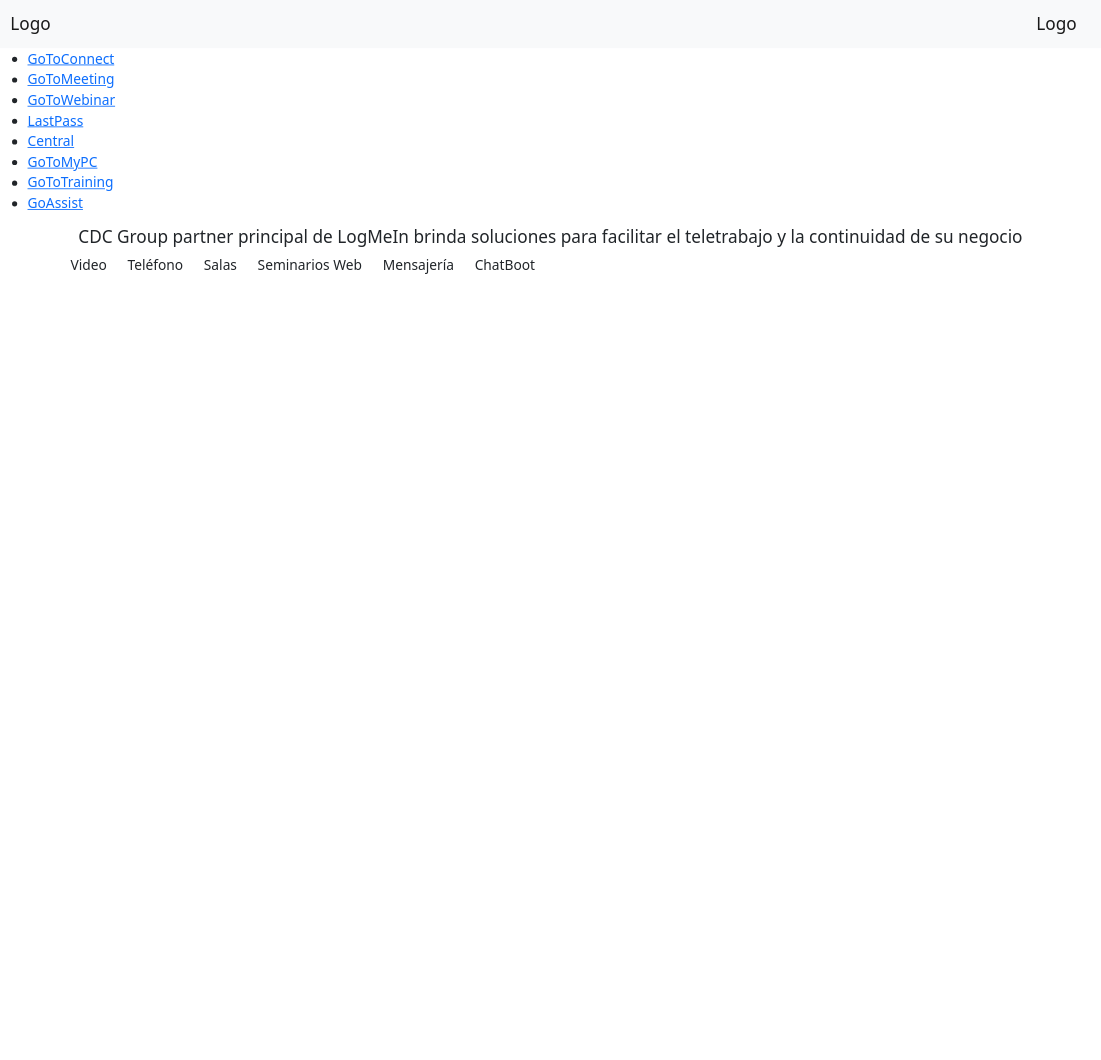
Repository: onehitwondermx/cdclogmein
Page: index.html
The author's editor kept a copy of each file at every save. The page is drawn from the files as they stood at one save, then again after the next save.
The browser window is 1280 px wide. The pictures show the whole page, at 86% of full size.

Above is the page before, as saved 2021-06-03 20:23:44.

After the next save:
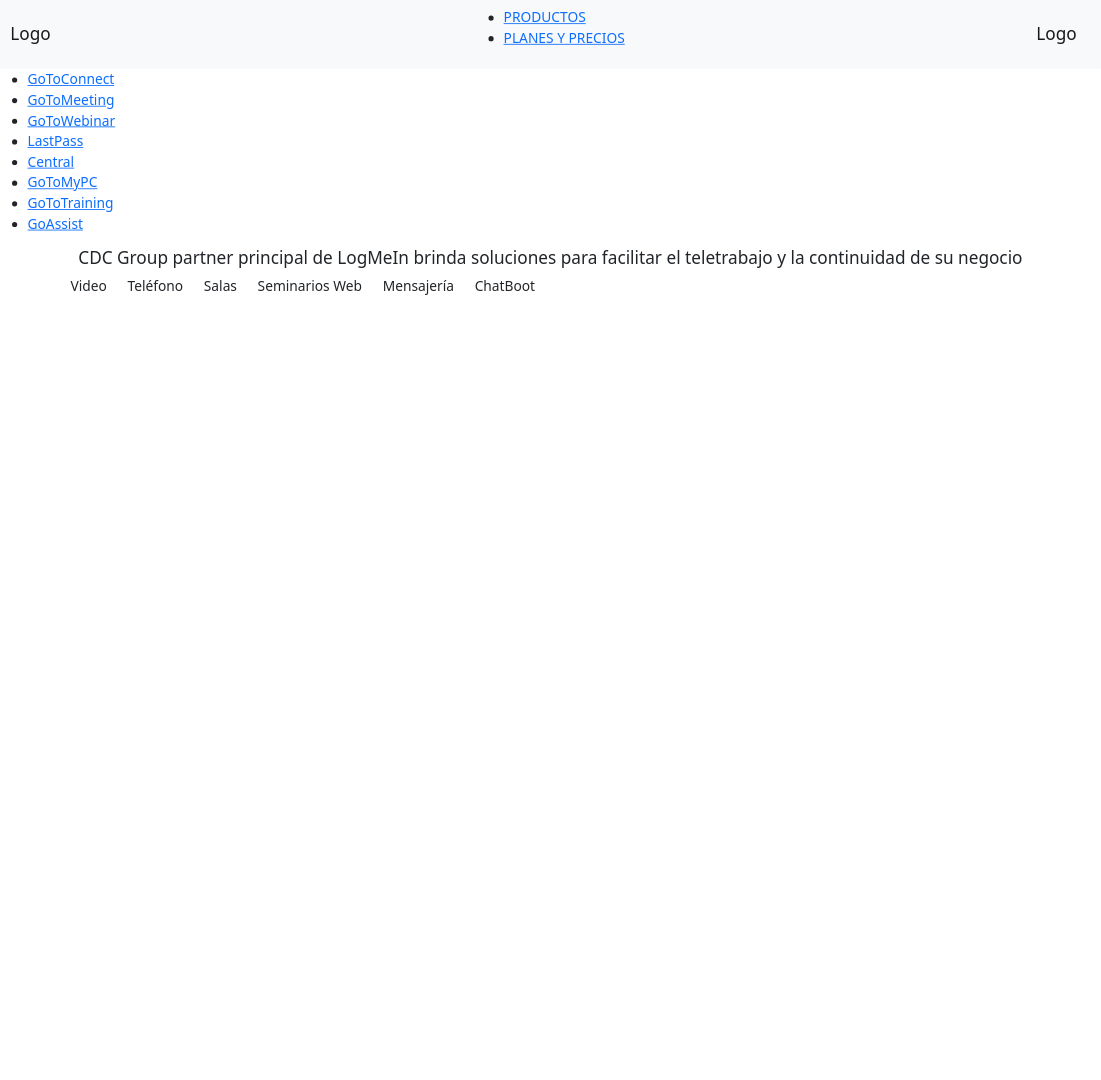
Saved 33 s later.
--- a/index.html
+++ b/index.html
@@ -10,10 +10,14 @@
 <body>
   <nav class="navbar navbar-expand-lg navbar-light bg-light">
     <div class="container-fluid">
-
         <a href="#" class="navbar-brand">Logo</a>
+        <div>
+            <ul>
+              <li><a href="#">PRODUCTOS</a></li>
+              <li><a class="dropdown-trigger" href="#" data-target="dropdown1">PLANES Y PRECIOS</a></li>
+            </ul>
+        </div>
         <a href="#" class="navbar-brand">Logo</a>
-
     </div>
   </nav>
       <!-- Dropdown Structure -->
